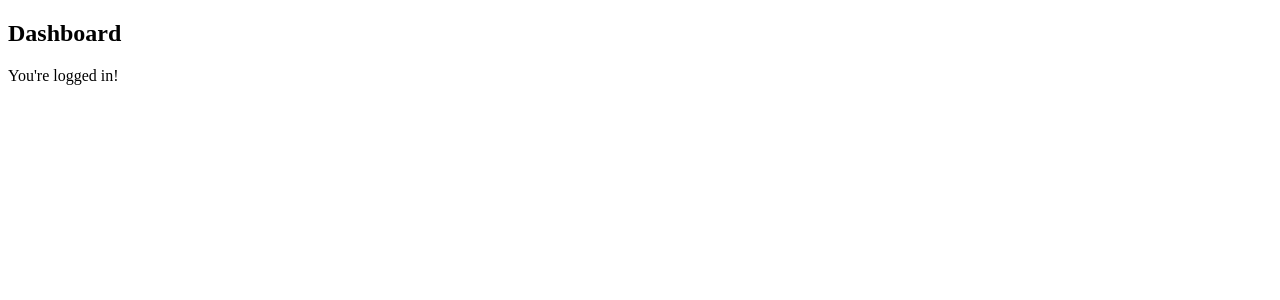
Repository: mohamedm999/Plateforme-de-Tests-d-Acceptation---YouCode-
Page: http://localhost/dashboard
These files come from the project's save history. The page is drawn as it stood at one moment and after the next save; the edit follows.
The browser window is 1280 px wide. The pictures show the whole page.
Some web libraries are served in a nearby version. The page is served by the project's Laravel application, run on PHP 8.4 with Laravel 8. A made-up administrator, Test User (test@example.com), is signed in.

Above is the page before, as saved 2025-02-26 13:45:06.

After the next save:
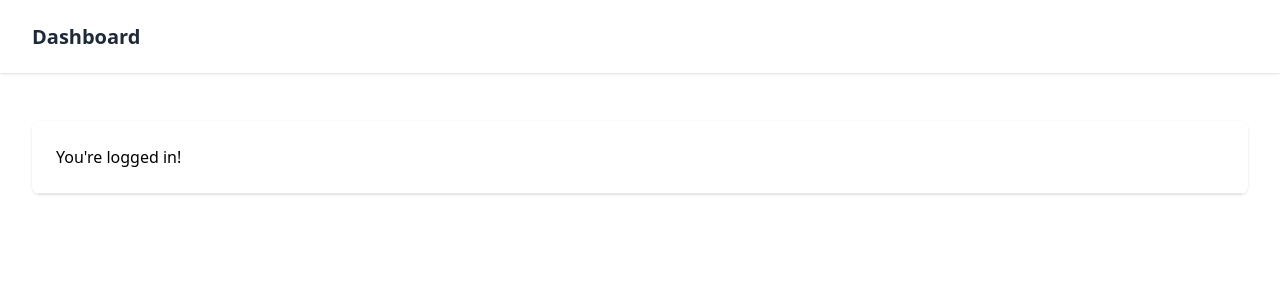
Saved 27 s later.
--- a/projet-evaluation/resources/views/layouts/app.blade.php
+++ b/projet-evaluation/resources/views/layouts/app.blade.php
@@ -15,6 +15,8 @@
         <!-- Icons -->
         <link rel="stylesheet" href="https://cdnjs.cloudflare.com/ajax/libs/font-awesome/6.1.1/css/all.min.css">
 
+        <script src="https://unpkg.com/@tailwindcss/browser@4"></script>
+
         <!-- Styles -->
 
             <!-- Page Heading -->
